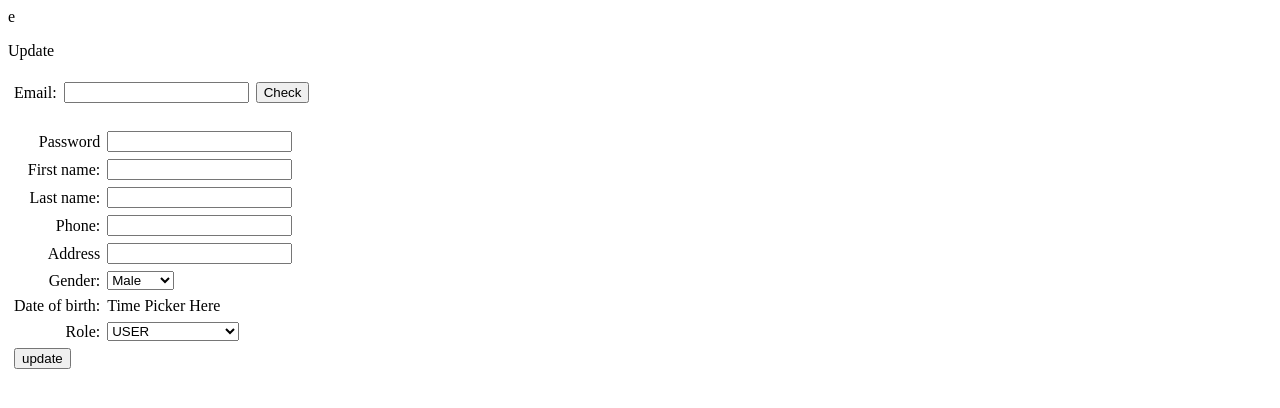
Repository: pffdota04/cuahang
Page: http://localhost/CuaHang/Views/Admin/container/account/update.jsp
The author's editor kept a copy of each file at every save. The page is drawn from the files as they stood at one save, then again after the next save.
The browser window is 1280 px wide. The pictures show the whole page.
The page is served by Tomcat 9. Other server files are loaded and not shown.

Above is the page before, as saved 2020-11-12 07:29:46.

### CuaHang/WebContent/Views/Admin/container/account/update.jsp
e<%@ page language="java" contentType="text/html; charset=ISO-8859-1"
	pageEncoding="ISO-8859-1"%>
<!DOCTYPE html>
<html>
<head>
<meta charset="ISO-8859-1">
<title>Insert title here</title>
</head>
<body>
	<div class="update">

		<p>Update</p>
		<form action="${pageContext.request.contextPath}/fill-By-Email"
			method="post">
			<table cellspacing="5">
				<tr>
					<td align="right" style="margin-left: 10px">Email:</td>
					<td><input type="text" name="email"></td>
					<td class="CheckButton"><input type="submit" value="Check"
						name="Check" /></td>
				</tr>

			</table>
		</form>
		<form action="${pageContext.request.contextPath}/update-account"
			method="post">
			<table cellspacing="5">
				<tr>
					<td align="right">Password</td>
					<td><input type="text" name="pass"></td>
				</tr>
				<tr>
					<td align="right">First name:</td>
					<td><input type="text" name="firstname"></td>
				</tr>
				<tr>
					<td align="right">Last name:</td>
					<td><input type="text" name="lastname"></td>
				</tr>
				<tr>
					<td align="right">Phone:</td>
					<td><input type="text" name="phone"></td>
				</tr>
				<tr>
					<td align="right">Address</td>
					<td><input type="text" name="address"></td>
				</tr>
				<tr>
					<td align="right">Gender:</td>
					<td><select name="gender">
							<%
								for (int sex = 0; sex < 2; sex++) {
							%>
							<option value="<%=sex%>">
								<%
									if (sex == 0) {
								%>Male<%
									}
								%>
								<%
									if (sex == 1) {
								%>Female<%
									}
								%>
							</option>
							<%
								}
							%>
					</select></td>
				<tr>
					<td>Date of birth:</td>
					<td>Time Picker Here</td>
				</tr>
				<tr>
					<td align="right">Role:</td>
					<td><select name="role">
							<%
								for (int role = 0; role < 3; role++) {
							%>
							<option value="<%=role%>">
								<%
									if (role == 0) {
								%>USER<%
									}
								%>
								<%
									if (role == 1) {
								%>SALEPERSON<%
									}
								%>
								<%
									if (role == 2) {
								%>ADMINISTRATOR<%
									}
								%>
							</option>
							<%
								}
							%>
					</select></td>
				<tr>

					<td><input type="submit" value="update"></td>
				</tr>
			</table>
		</form>
	</div>

</body>
</html>

After the next save:
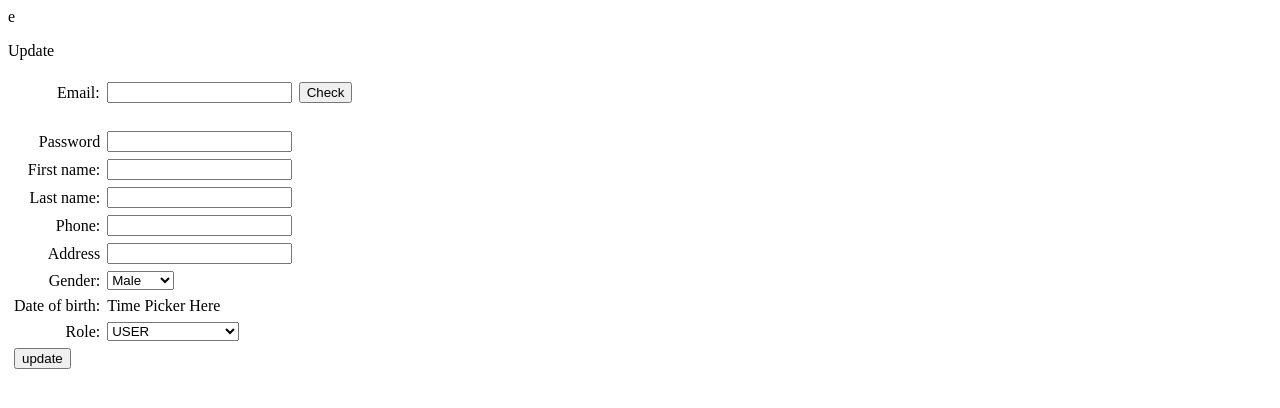
Saved 85 s later.
--- a/CuaHang/WebContent/Views/Admin/container/account/update.jsp
+++ b/CuaHang/WebContent/Views/Admin/container/account/update.jsp
@@ -14,7 +14,7 @@ e<%@ page language="java" contentType="text/html; charset=ISO-8859-1"
 			method="post">
 			<table cellspacing="5">
 				<tr>
-					<td align="right" style="margin-left: 10px">Email:</td>
+					<td align="right" style="padding-left: 44px">Email:</td>
 					<td><input type="text" name="email"></td>
 					<td class="CheckButton"><input type="submit" value="Check"
 						name="Check" /></td>
